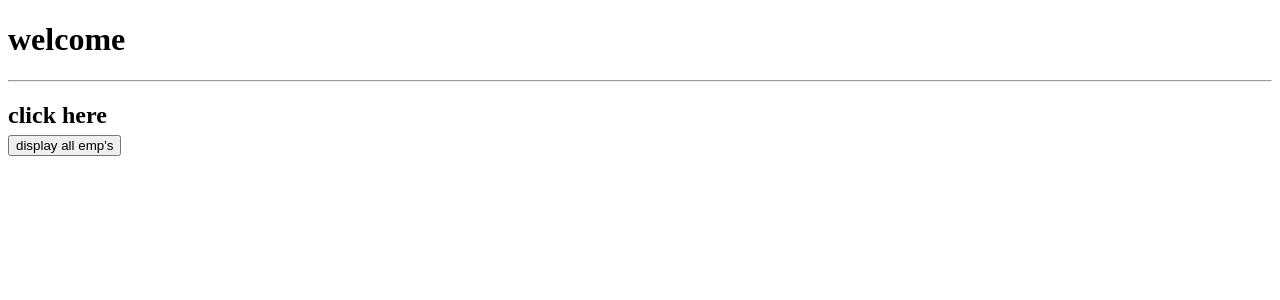
Repository: Saikumar6901/DBSTrainingModules
Page: http://localhost/dbsdemo/Viewall.jsp
These files come from the project's save history. The page is drawn as it stood at one moment and after the next save; the edit follows.
The browser window is 1280 px wide. The pictures show the whole page.
The page is served by Tomcat 9. Other server files are loaded and not shown.

Above is the page before, as saved 2019-08-17 04:37:38.

### workspace-spring-tool-suite-4-4.3.2.RELEASE/dbsdemo/src/main/webapp/Viewall.jsp
<%@ page language="java" contentType="text/html; charset=ISO-8859-1"
    pageEncoding="ISO-8859-1"%>
<!DOCTYPE html>
<html>
<head>
<meta charset="ISO-8859-1">
<title>Insert title here</title>
</head>
<body>
<h1> welcome</h1>
<hr>
 <form action="displayAll">
<h2>
click here<br>
<input type="submit" name="submit" value="display all emp's">
</h2>
</form>
</body>
</html>

After the next save:
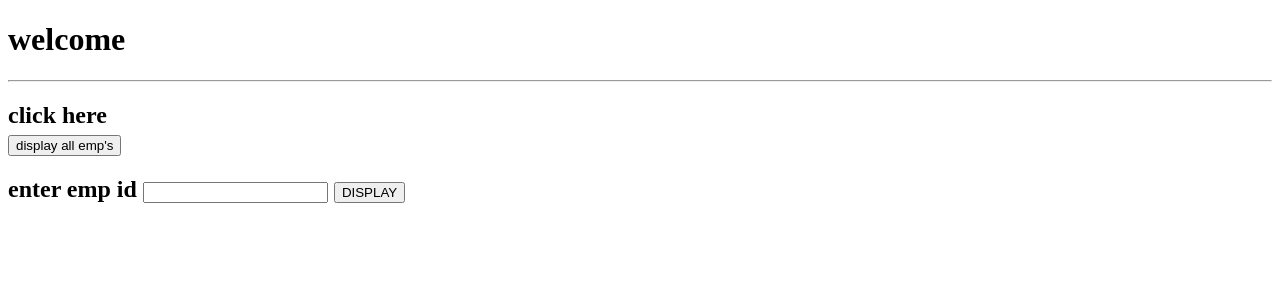
Saved 117 s later.
--- a/workspace-spring-tool-suite-4-4.3.2.RELEASE/dbsdemo/src/main/webapp/Viewall.jsp
+++ b/workspace-spring-tool-suite-4-4.3.2.RELEASE/dbsdemo/src/main/webapp/Viewall.jsp
@@ -15,5 +15,10 @@
 <input type="submit" name="submit" value="display all emp's">
 </h2>
 </form>
+<form>
+<h2>
+enter emp id <input type="text" name="eid">
+<input type="submit" name="submit" value="DISPLAY">
+</h2></form>
 </body>
 </html>
